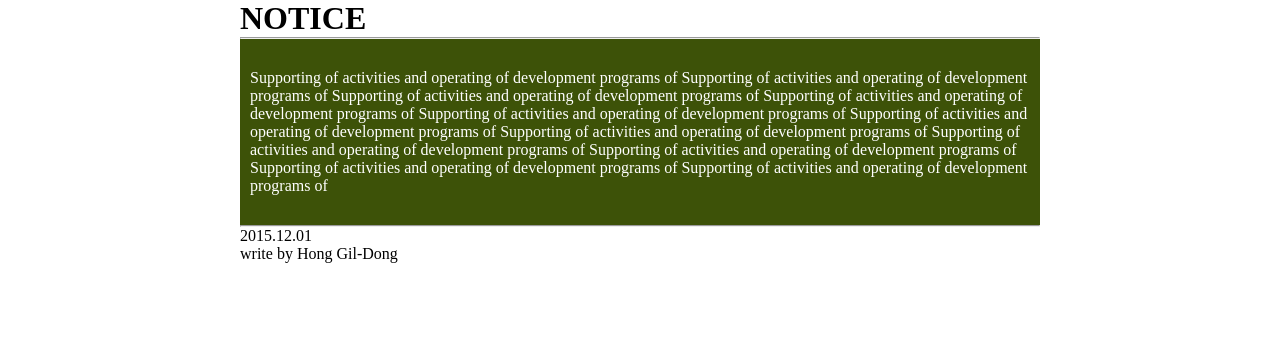
Repository: luna2222/web
Page: 01HTML5/WebContent/[13강]CSS규칙/13_02_02.html
An editor plug-in stored every save of this project. The page is shown before and after the next save, followed by the edit.
The browser window is 1280 px wide. The pictures show the whole page.

Above is the page before, as saved 2019-02-21 11:37:02.

### 01HTML5/WebContent/[13강]CSS규칙/13_02_02.html
<!DOCTYPE html>
<html>
<head>
<meta charset="UTF-8">
<title>media 2</title>
	<style>
	   @media screen{
	   	#wrap .content{ background-color: #3d5208; color: white; padding: 30px 10px;}
	   	}
	   @media print{
	     #wrap .content{ color: #272727; padding: 30px 10px;}
	     }
	     *{ margin: 0; padding: 0;}
	     #wrap{ width: 800px; margin: 0 auto; border:30px 10px;}
	</style>
</head>
<body>
	<div id="wrap">
	<div class="title">
		<h1>NOTICE</h1>
		</div>
		<hr/>
		<div class="content">
		<p>Supporting of activities and operating of development programs of
		 Supporting of activities and operating of development programs of
		 Supporting of activities and operating of development programs of
		 Supporting of activities and operating of development programs of
		 Supporting of activities and operating of development programs of
		 Supporting of activities and operating of development programs of
		 Supporting of activities and operating of development programs of
		 Supporting of activities and operating of development programs of
		 Supporting of activities and operating of development programs of
		 Supporting of activities and operating of development programs of
		 Supporting of activities and operating of development programs of
		 </p>
	 </div>
	<hr/>
		 <div class="date">
		    <p>2015.12.01<br/> write by Hong Gil-Dong</p>
		 </div>
	 </div>
</body>
</html>

After the next save:
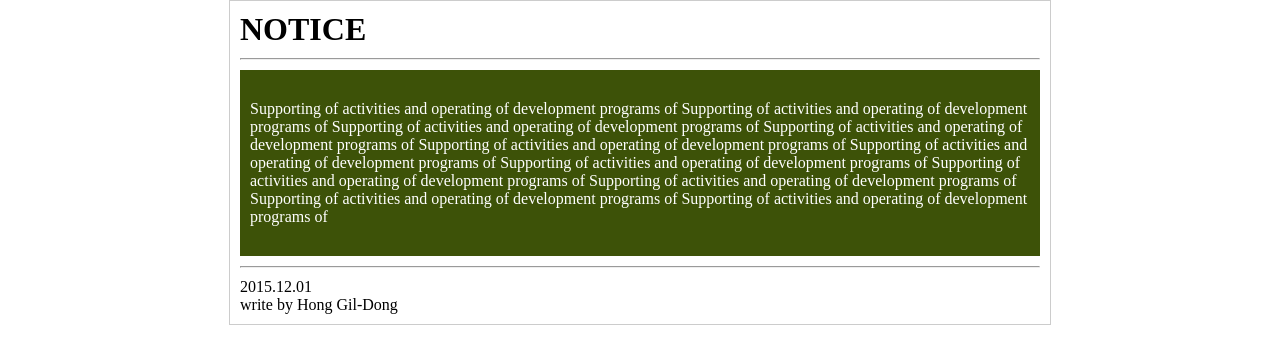
Saved 5 min 21 s later.
--- a/01HTML5/WebContent/[13강]CSS규칙/13_02_02.html
+++ b/01HTML5/WebContent/[13강]CSS규칙/13_02_02.html
@@ -11,7 +11,8 @@
 	     #wrap .content{ color: #272727; padding: 30px 10px;}
 	     }
 	     *{ margin: 0; padding: 0;}
-	     #wrap{ width: 800px; margin: 0 auto; border:30px 10px;}
+	     #wrap{ width: 800px; margin: 0 auto; border:1px solid #cccccc; padding: 10px;}
+	     hr{ margin: 10px 0;}
 	</style>
 </head>
 <body>
